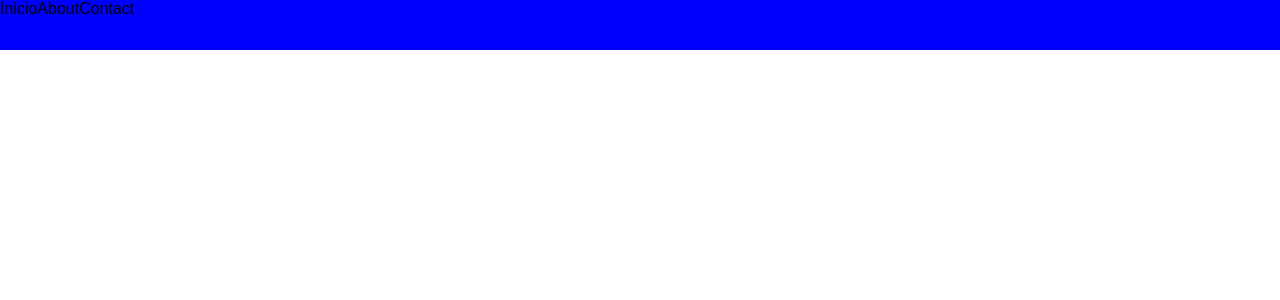
Repository: Toydrum/React-HectorCoronado
Page: /
The author's editor kept a copy of each file at every save. The page is drawn from the files as they stood at one save, then again after the next save.
The browser window is 1280 px wide. The pictures show the whole page.
The project was rebuilt for these pictures with package versions that can differ from the ones it lists, and the page was loaded fresh each time. Also part of the build but not shown: src/components/Navbar/Navbar.css.

Above is the page before, as saved 2023-06-03 05:26:00.

After the next save:
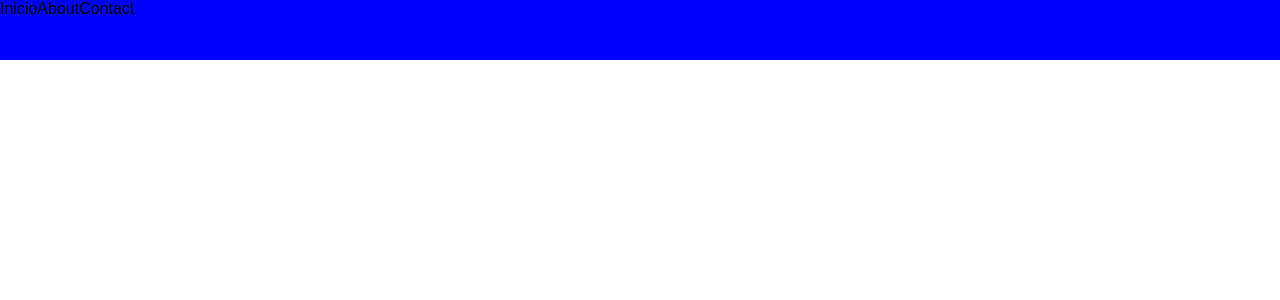
Saved 8 s later.
--- a/src/components/Navbar/Navbar.js
+++ b/src/components/Navbar/Navbar.js
@@ -9,7 +9,7 @@ const styles = {
     backgroundColor: "blue",
     margin:0,
     padding:0,
-    height:50
+    height:60
   }
 }
 
